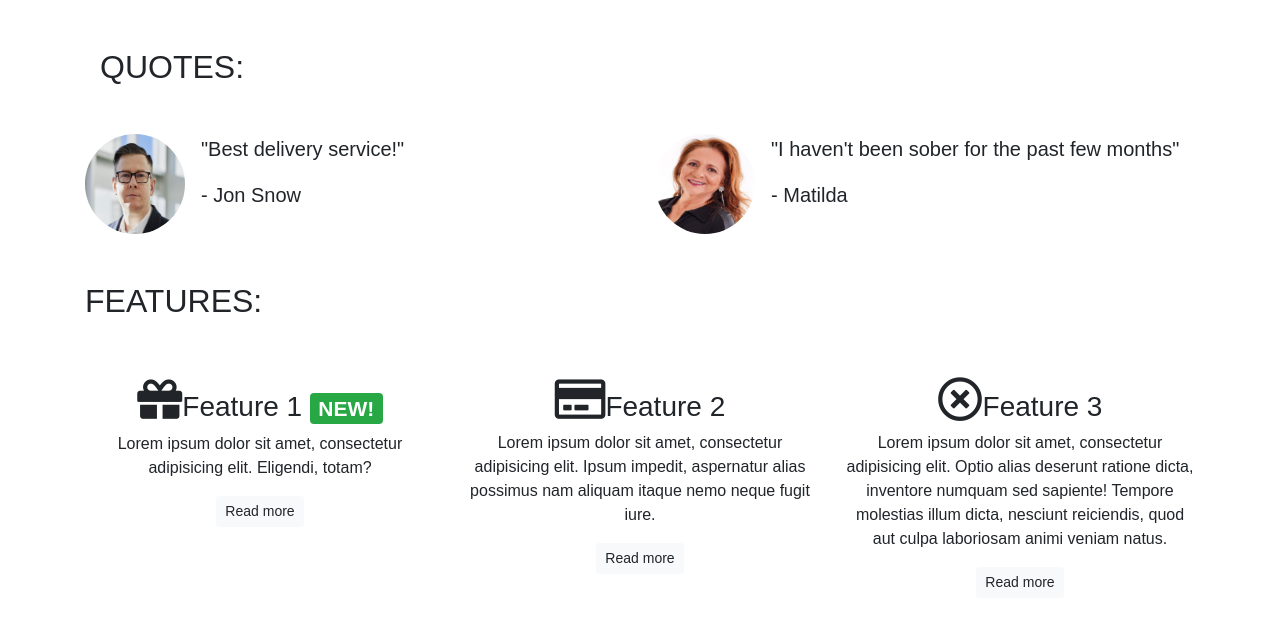
Repository: mkuti/Whiskey_website_using_Bootstrap
Page: index.html
The author's editor kept a record of every edit. The page is drawn from the files as they stood at one moment, then again after the next edit.
The browser window is 1280 px wide. The pictures show the part of the page from y = 720 to 1398 px (the page is 1348 px tall before and 1398 px after).
Backgrounds fixed to the window are drawn as part of the page. Some web fonts or font styles are not loaded; a fallback is used. Some web libraries are served in a nearby version.

Above is the page before.

### index.html
<!DOCTYPE html>
<html lang="en">

<head>
    <meta charset="UTF-8">
    <meta name="viewport" content="width=device-width, initial-scale=1.0">
    <title>Whiskey Drop | Taste a new whiskey every month</title>
    <link rel="stylesheet" href="https://maxcdn.bootstrapcdn.com/bootstrap/4.1.3/css/bootstrap.min.css">
    <link rel="stylesheet" href="https://use.fontawesome.com/releases/v5.6.1/css/all.css" integrity="sha384-gfdkjb5BdAXd+lj+gudLWI+BXq4IuLW5IT+brZEZsLFm++aCMlF1V92rMkPaX4PP" crossorigin="anonymous">

    <link href="https://fonts.googleapis.com/css?family=B612+Mono&display=swap" rel="stylesheet">
    <link rel="stylesheet" href="css/style.css" type="text/css" />
</head>

<body>

    <div class="container-fluid navalert-container">
        <!--alert sale-->
        <div class="container-fluid alert-container">
            <div class="row d-none d-sm-block">
                <div class="col-12">
                    <div class="site-wide-alert alert alert-warning">
                        <strong>Sale Now On!</strong> We've got a sale on. Get a 12-month subscription for the price of 6! <a href="">See here for details!</a>
                    </div>
                </div>
            </div>
        </div>
        <!-- nav -->
        <nav class="navbar navbar-dark navbar-expand-sm">
            <a href="/" class="navbar-brand">Whiskey Drop</a>
            <!-- button for smaller screens -->
            <button class="navbar-toggler ml-auto" type="button" data-toggle="collapse" data-target="#navbarNavDropdown" aria-controls="navbarNavDropdown" aria-expanded="false" aria-label="Toggle navigation">
            <span class="navbar-toggler-icon"></span></button>
            <!-- end button -->

            <!-- menu -->
            <div class="collapse navbar-collapse" id="navbarNavDropdown">
                <ul class="navbar-nav mr-auto">
                    <li class="active nav-item mr-2"><a class="nav-link" href="/">Home</a></li>
                    <li class="nav-item mr-2"><a class="nav-link" href="">About</a></li>
                    <li class="nav-item dropdown">
                        <a class="nav-link dropdown-toggle" href="#" id="navbarNavDropdownMenuLink" role="button" data-toggle="dropdown" aria-haspopup="true" aria-expanded="false">Whiskeys</a>
                        <div class="dropdown-menu" aria-labelledby="navbarNavDropdownMenuLink">
                            <a class="dropdown-item" href="#">Irish</a>
                            <a class="dropdown-item" href="#">Scottish</a>
                            <a class="dropdown-item" href="#">Japanese</a>
                            <a class="dropdown-item" href="#">American</a>
                        </div>
                    </li>
                    <li class="nav-item mr-2 d-block d-sm-none"><a class="nav-link" href="">Sign In / Sign Up</a></li>
                </ul>
            </div>
            <!-- .menu -->
            <!--sign up-->
            <div class="d-none d-md-block">
                <p class="navbar-text my-auto mr-2"><i>Great whiskey delivered to your door</i></p>
                <a href="/login" class="btn btn--cta btn--red">Sign In / Sign Up</a>
            </div>
            <!--</div>-->
        </nav>
    </div>
    <!--end nav-->

    <!-- call out section -->
    <div class="container-fluid callout-container">
        <div class="opaque-overlay">&nbsp;</div>
        <div class="row">
            <div class="col-12">
                <section class="callout jumbotron text-center">
                    <h1 class="jumbotron-header">The finest whiskeys delivered to your doorstep.</h1>
                    <hr class="block-divider block-divider--orange">
                    <p class="lead">Sign up today to start receiving the world's best whiskeys every month. <s class="d-none d-sm-inline">€19.99</s>
                        <span class="d-inline d-sm-none"><br></span>
                        <strong><mark>The first one is free!</mark></strong></p>
                    <button class="btn btn--cta btn--red" data-toggle="modal" data-target="#signUpModal">Sign up!</button>
                    <p class="text-muted small"><small>You must be over 18 to use our services. Please drink responsibly.</small></p>
                </section>
            </div>
        </div>
    </div>
    <!--end call out-->
    <!-- Quotes -->
    <div class="container quotes-container">
        <section class="quotes">
            <div class="col-12 my-5">
                <h2 class="text-uppercase">Quotes:</h2>
            </div>
            <div class="row">
                <div class="col-12 col-md-6">
                    <div class="media">
                        <div class="d-none d-sm-block">
                            <img src="Images/old-man.jpg" class="rounded-circle mr-3" height=100 width=100>
                        </div>
                        <div class="media-body">
                            <blockquote class="blockquote">
                                <p>"Best delivery service!"</p>
                                <p>- Jon Snow</p>
                            </blockquote>
                        </div>
                    </div>
                </div>
                <div class="col-12 col-md-6">
                    <div class="media">
                        <div class="d-none d-sm-block">
                            <img src="Images/old-woman.jpg" class="rounded-circle mr-3" height=100 width=100>
                        </div>
                        <div class="media-body">
                            <blockquote class="blockquote">
                                <p>"I haven't been sober for the past few months"</p>
                                <p>- Matilda</p>
                            </blockquote>
                        </div>
                    </div>
                </div>
            </div>
        </section>
    </div>
    <!--end quotes-->

    <!-- Features -->
    <div class="container features-container">
        <section class="features">
            <div class="row">
                <div class="col-12 my-5">
                    <h2 class="text-uppercase">Features:</h2>
                </div>
            </div>
            <div class="row">
                <div class="col-12 col-md-6 col-lg-4">
                    <div class="feature">
                        <h3><i class="fas fa-gift d-none d-sm-inline"></i>Feature 1 <span class="badge badge-success">NEW!</span></h3>
                        <p>Lorem ipsum dolor sit amet, consectetur adipisicing elit. Eligendi, totam?</p>
                        <p><a class="btn btn-sm btn-light" href="">Read more</a></p>
                    </div>
                </div>

                <div class="col-12 col-md-6 col-lg-4">
                    <div class=feature>
                        <h3><i class="far fa-credit-card d-none d-sm-inline"></i>Feature 2</h3>
                        <p>Lorem ipsum dolor sit amet, consectetur adipisicing elit. Ipsum impedit, aspernatur alias possimus nam aliquam itaque nemo neque fugit iure.</p>
                        <p><a class="btn btn-sm btn-light" href="">Read more</a></p>
                    </div>
                </div>

                <div class="col-12 d-md-none d-lg-block col-lg-4">
                    <div class="feature">
                        <h3><i class="far fa-times-circle d-none d-sm-inline"></i>Feature 3</h3>
                        <p>Lorem ipsum dolor sit amet, consectetur adipisicing elit. Optio alias deserunt ratione dicta, inventore numquam sed sapiente! Tempore molestias illum dicta, nesciunt reiciendis, quod aut culpa laboriosam animi veniam natus.</p>
                        <p><a class="btn btn-sm btn-light" href="">Read more</a></p>
                    </div>
                </div>
            </div>
        </section>
        <!--end features-->
    </div>


    <div class="modal" tabindex="-1" role="dialog" id="signUpModal">
        <div class="modal-dialog" role="document">
            <div class="modal-content">
                <div class="modal-header">
                    <h5 class="modal-title">Sign Up to Whiskey Drop</h5>
                    <button type="button" class="close" data-dismiss="modal" aria-label="Close">
          <span aria-hidden="true">&times;</span>
        </button>
                </div>
                <div class="modal-body">
                    <form>
                        <div class="form-group">
                            <label for="exampleInputEmail1">Email address</label>
                            <input type="email" class="form-control" id="exampleInputEmail1" aria-describedby="emailHelp" placeholder="Enter email">
                            <small id="emailHelp" class="form-text text-muted">We'll never share your email with anyone else.</small>
                        </div>
                        <div class="form-group">
                            <label for="password">Password</label>
                            <input type="password" class="form-control" id="password" placeholder="Password">
                        </div>
                        <div class="form-group">
                            <label for="repeatPassword">Repeat Password</label>
                            <input type="password" class="form-control" id="repeatPassword" placeholder="Repeat Password">
                        </div>
                        <button type="submit" class="btn btn-success">Submit</button>
                    </form>
                </div>
            </div>
        </div>
    </div>

    <script src="https://code.jquery.com/jquery-3.3.1.slim.min.js" integrity="sha384-q8i/X+965DzO0rT7abK41JStQIAqVgRVzpbzo5smXKp4YfRvH+8abtTE1Pi6jizo" crossorigin="anonymous"></script>
    <script src="https://cdnjs.cloudflare.com/ajax/libs/popper.js/1.14.3/umd/popper.min.js" integrity="sha384-ZMP7rVo3mIykV+2+9J3UJ46jBk0WLaUAdn689aCwoqbBJiSnjAK/l8WvCWPIPm49" crossorigin="anonymous"></script>
    <script src="https://stackpath.bootstrapcdn.com/bootstrap/4.1.3/js/bootstrap.min.js" integrity="sha384-ChfqqxuZUCnJSK3+MXmPNIyE6ZbWh2IMqE241rYiqJxyMiZ6OW/JmZQ5stwEULTy" crossorigin="anonymous"></script>

</body>

</html>

### css/style.css
body {
    font-family: 'Poppins', sans-serif;
}

.alert-container .col-12 {
    padding-left: 0;
    padding-right: 0;
    }

.site-wide-alert {
    border-radius: 0;
    margin-bottom: 0;
    padding: 5px 15px;
    background-color:#ffd85d;
    border-color: #ffd85d;
}

.callout-container {
    height: 100vh;
    background: url(../Images/whiskey.jpg) no-repeat bottom right fixed;
    -webkit-background-size: cover;
    -moz-background-size: cover;
    -o-background-size: cover;
    background-size: cover;

    display: flex;
    align-items: center;
    justify-content: center;
    position: relative;
    }

/*opaque overlay for the background image*/

.opaque-overlay {
  position: absolute;
  top: 0;
  left: 0;
  height: 100%;
  width: 100%;
  background: rgba(0, 0, 0, 0.5);
}

/*navbar*/

.navbar {
    margin-bottom: 0;
    border: 0;
    width: 100%;
    background-color: rgba(0, 0, 0, 0.25);
    }

.navalert-container {
    position: absolute;
    top: 0;
    left: 0;
    padding-left: 0;
    padding:right; 0;
    z-index: 1;
}

.navbar .navbar-toggler {
    border: 0;
}

.navbar-brand {
    font-weight: bold;
    }

.navbar .navbar-nav a {
    font-weight: bold;
}

/*page headers*/

.page-header {
    margin-bottom: 0;
    border-bottom: 0;
    text-align: center;
}

.page-header h2 {
    margin-top: 0;
}

.quotes .page-header {
    margin-bottom: 25px;
}

   /*containers*/

.content-container {
    margin-top: 75px;
    margin-bottom: 75px;
    }

.content-container--red {
    padding-top: 50px;
}

.container.wrapper {

}

.container-wrapper--red {
    background-color: #c1340a;
    color: white;
}
.quotes-container {}

.features-container {}


/*block dividers*/

.block-divider {
    width: 75px;
    height: 5px;
    border: 0;
    }

.block-divider--orange {
    background-color: #c1340a;
}

.block-divider--white {
    background-color: #fff;
}

.block-divider--short {
    width: 35px;
    background-color: #444;
}

/*jumbotron*/

.jumbotron {
    background-color: transparent;
}

.jumbotron-header {
    color: #fff;
    font-weight: bold;
    margin-top: 30px;
}

.jumbotron .lead {
    font-size: 1.25rem;
    font-weight: 300;
    margin: 25px 0;
    color: #949494;
}

.jumbotron small {
    font-size: 60%;
    font-style: italic;
    color: #e6e6e6;
}

/* buttons */

.btn--cta {
    font-weight:bold;
    border-radius:23px;
    width: 200px;
    }

.btn--red {
    color: white;
    border-color: #c1340a;
    background-color: #c1340a;
}

.btn--white {
    background-color: white;
    border-color: white;
    border-radius: 15px;
    color: #c1340a;
    min-width: 100px;
    margin-top: 10px;
}

.btn--red:hover,
.btn--red:active,
.btn--red:focus,
.btn--red:active:focus {
    border-color: #942909;
    background-color: #962605;
    color: white;
}

.feature {
    text-align: center;
    margin-bottom: 30px;
    }

.feature i {
    margin-bottom: 20px;
    font-size: 45px;
    line-height: 45px;
}

.col-lg-4 {

After the next edit:
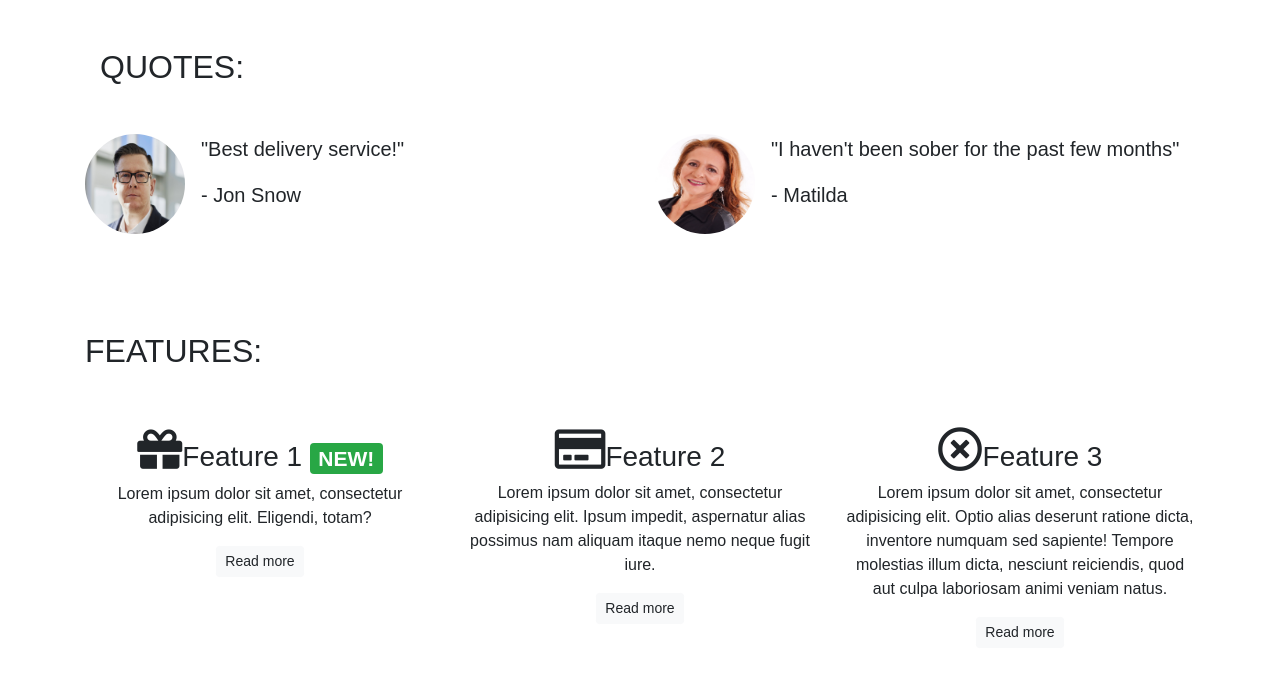
The edit:
--- a/css/style.css
+++ b/css/style.css
@@ -107,7 +107,9 @@
 }
 .quotes-container {}
 
-.features-container {}
+.features-container {
+    padding-top: 50px;
+    }
 
 
 /*block dividers*/
